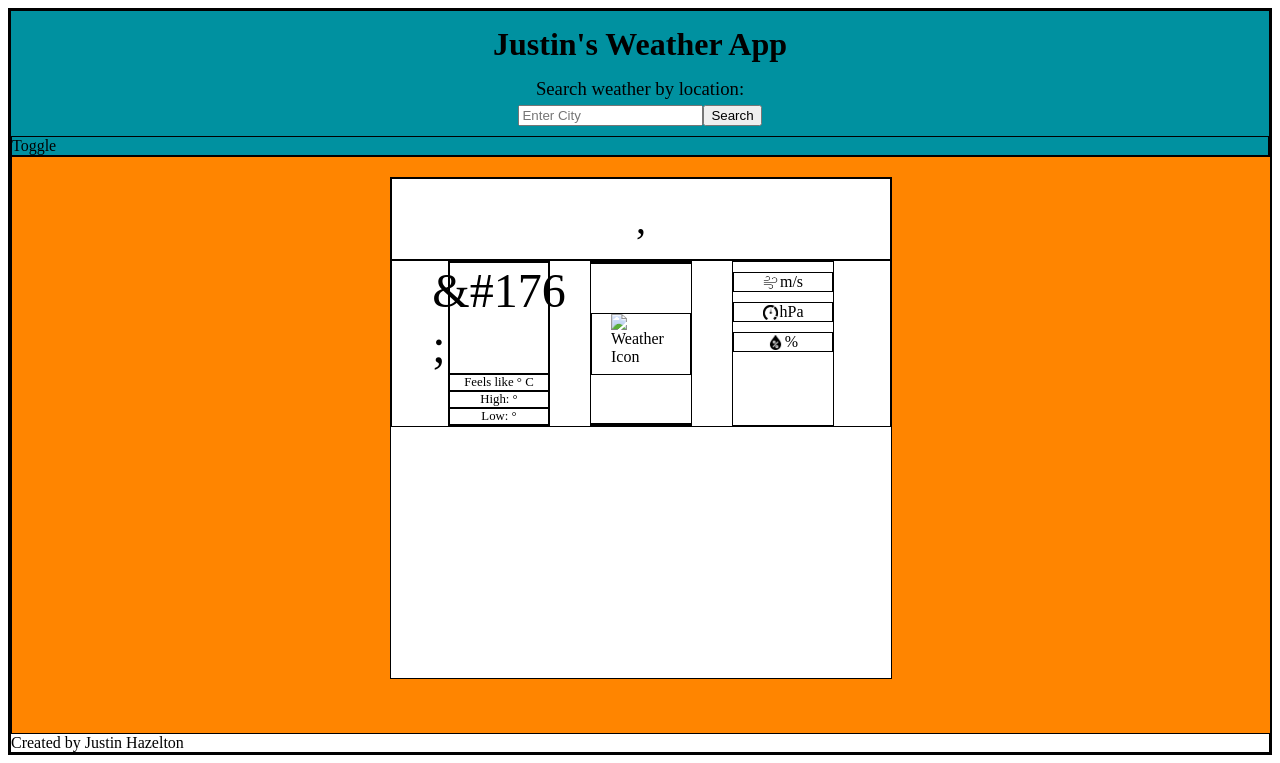
Repository: J-Haze/Weather
Page: /
These files come from the project's save history. The page is drawn as it stood at one moment and after the next save; the edit follows.
The browser window is 1280 px wide. The pictures show the whole page.
The project was rebuilt for these pictures with package versions that can differ from the ones it lists, and the page was loaded fresh each time. Also part of the build but not shown: src/index.css.

Above is the page before, as saved 2020-09-06 22:14:24.

After the next save:
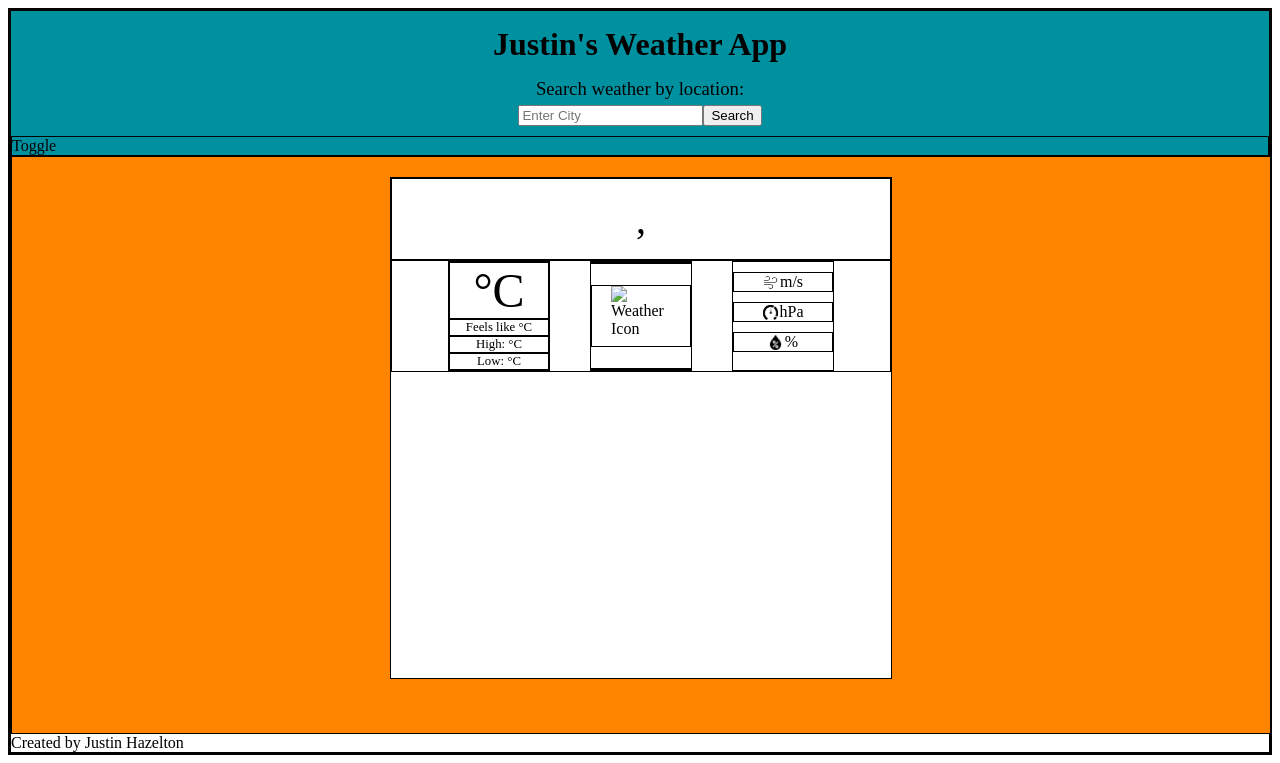
Saved 5 min 3 s later.
--- a/src/components/Weather.js
+++ b/src/components/Weather.js
@@ -162,10 +162,10 @@ const Weather = () => {
 
                     <div className="row">
                         <div className="temp-container">
-                            <div className="temp-main">{temp}&#176 ;</div>
-                            <div className="feel temp">Feels like {feel}&#176; {unit == "imperial" ? 'F' : 'C'}</div>
-                            <div className="max temp">High: {max}&#176; </div>
-                            <div className="min temp">Low: {min}&#176; </div>
+                            <div className="temp-main">{temp}&#176;{unit == "imperial" ? 'F' : 'C'}</div>
+                            <div className="feel temp">Feels like {feel}&#176;{unit == "imperial" ? 'F' : 'C'}</div>
+                            <div className="max temp">High: {max}&#176;{unit == "imperial" ? 'F' : 'C'}</div>
+                            <div className="min temp">Low: {min}&#176;{unit == "imperial" ? 'F' : 'C'}</div>
 
                         </div>
 
